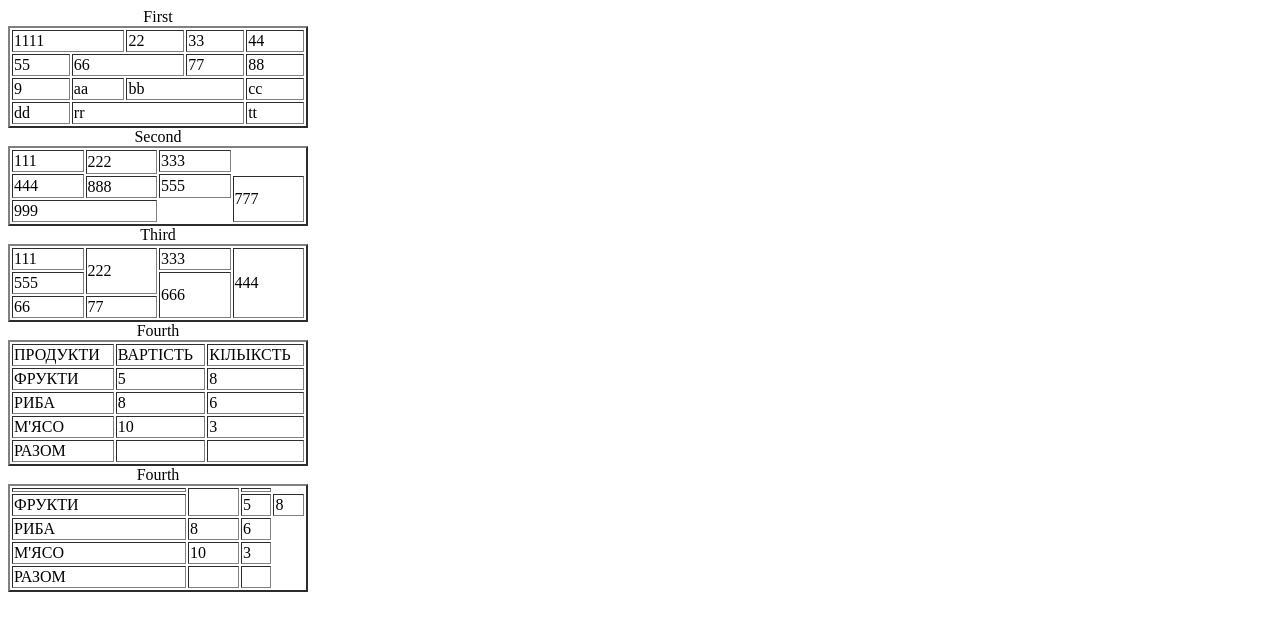
Repository: KseniaMakara/Web
Page: tables/index.html
The author's editor kept a copy of each file at every save. The page is drawn from the files as they stood at one save, then again after the next save.
The browser window is 1280 px wide. The pictures show the whole page.

Above is the page before, as saved 2021-02-14 14:44:38.

After the next save:
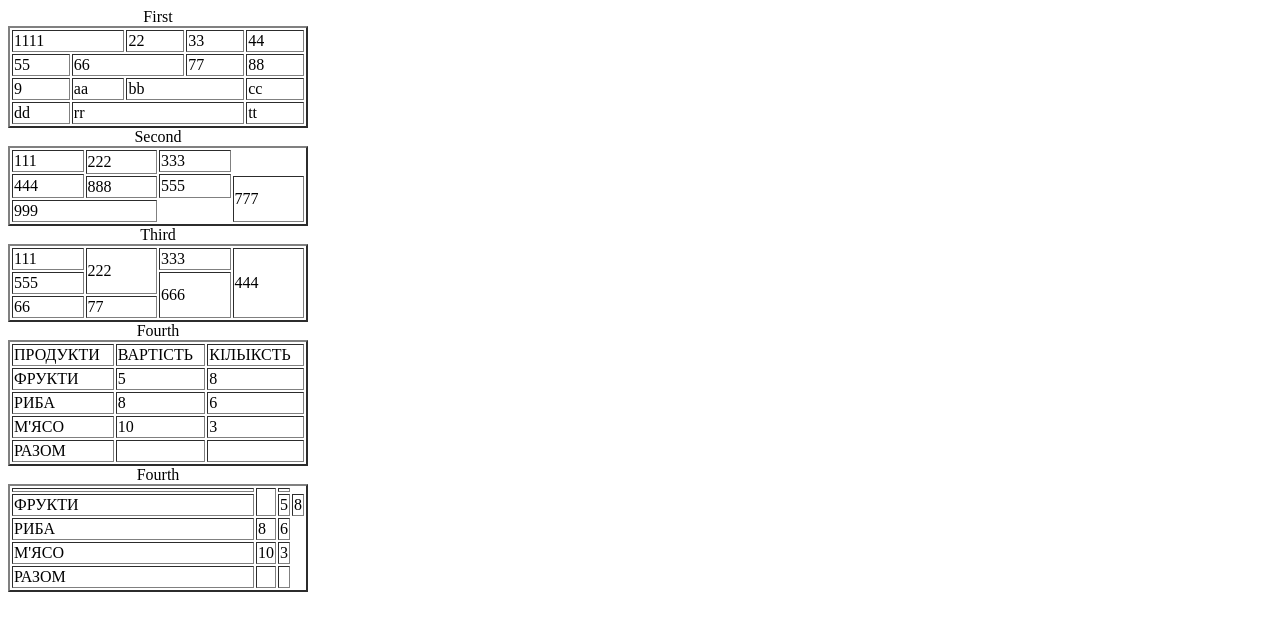
Saved 47 s later.
--- a/tables/index.html
+++ b/tables/index.html
@@ -106,7 +106,7 @@
                     <table border="2px" width="300px">
                 <caption> Fourth <caption>
                     <tr>
-                        <td >  </td>
+                        <td width="300px">  </td>
                         <td rowspan = "2"> </td>
                         <td >  </td>
 

After the save that followed:
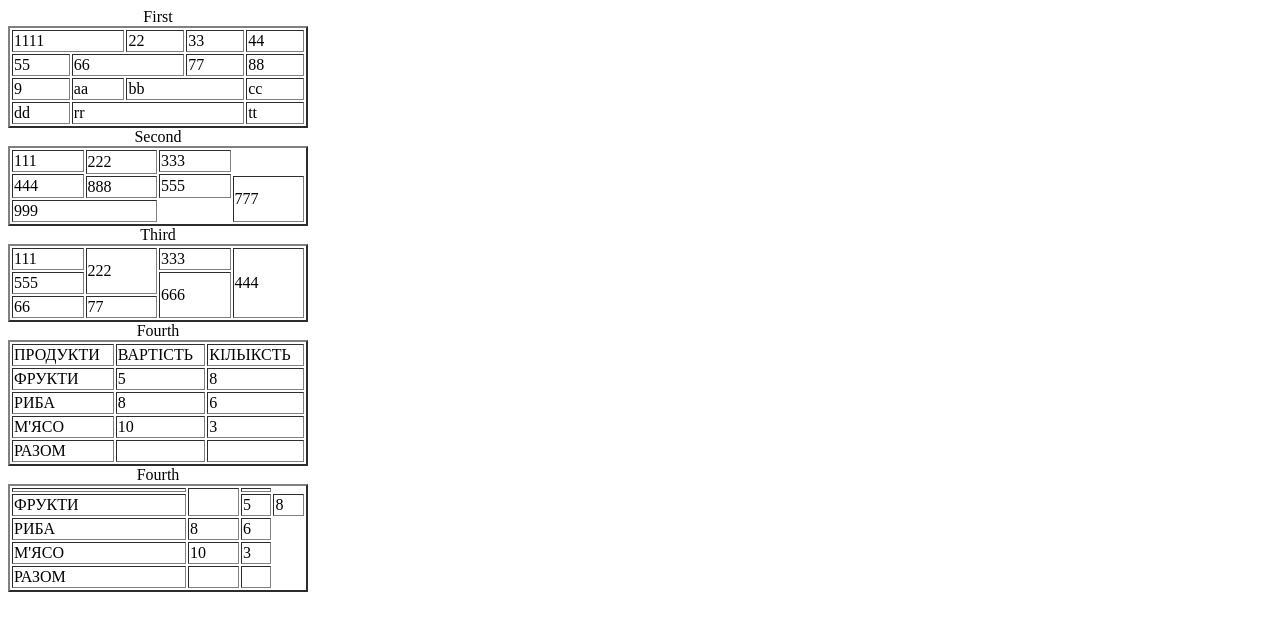
Saved 13 s later.
--- a/tables/index.html
+++ b/tables/index.html
@@ -106,7 +106,7 @@
                     <table border="2px" width="300px">
                 <caption> Fourth <caption>
                     <tr>
-                        <td width="300px">  </td>
+                        <td hight="300px">  </td>
                         <td rowspan = "2"> </td>
                         <td >  </td>
 
